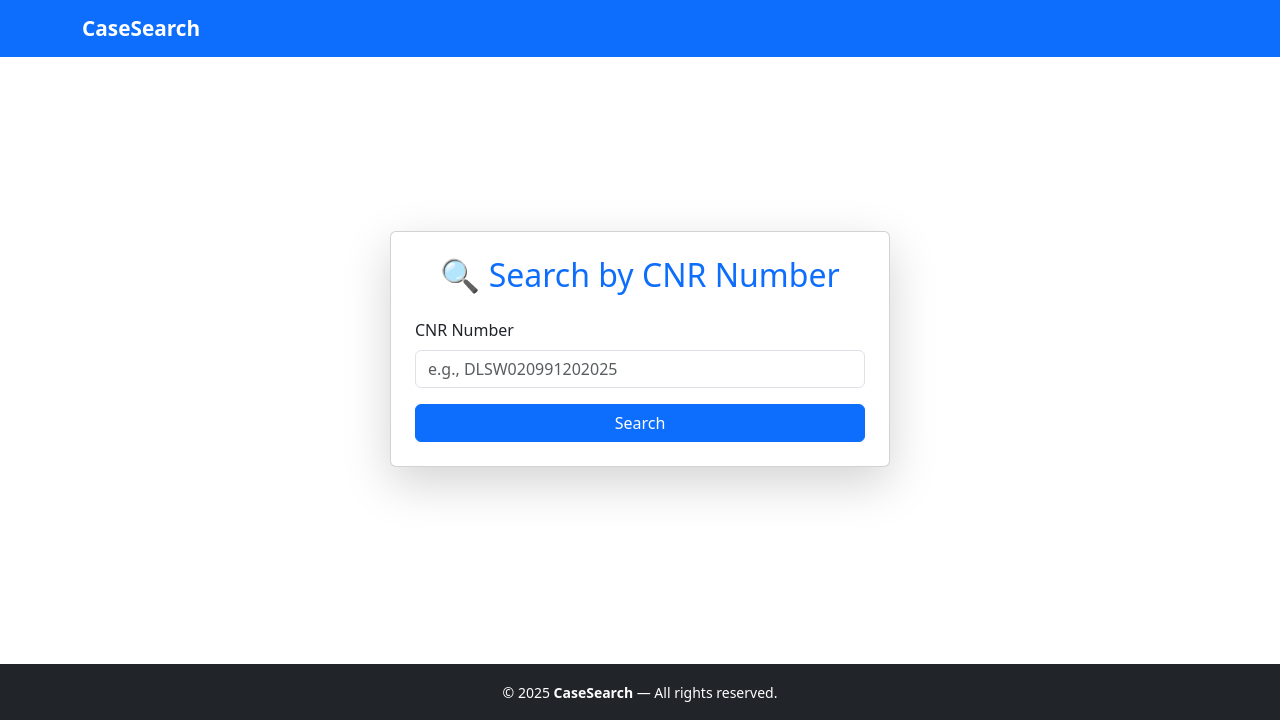
Repository: moatazbenma/Internship_task
Page: http://localhost/
An editor plug-in stored every save of this project. The page is shown before and after the next save, followed by the edit.
The browser window is 1280 px wide. The pictures show the whole page.
The page is served by the project's application, run on Django 5.2 (court_project/manage.py).

Above is the page before, as saved 2025-08-04 03:49:54.

After the next save:
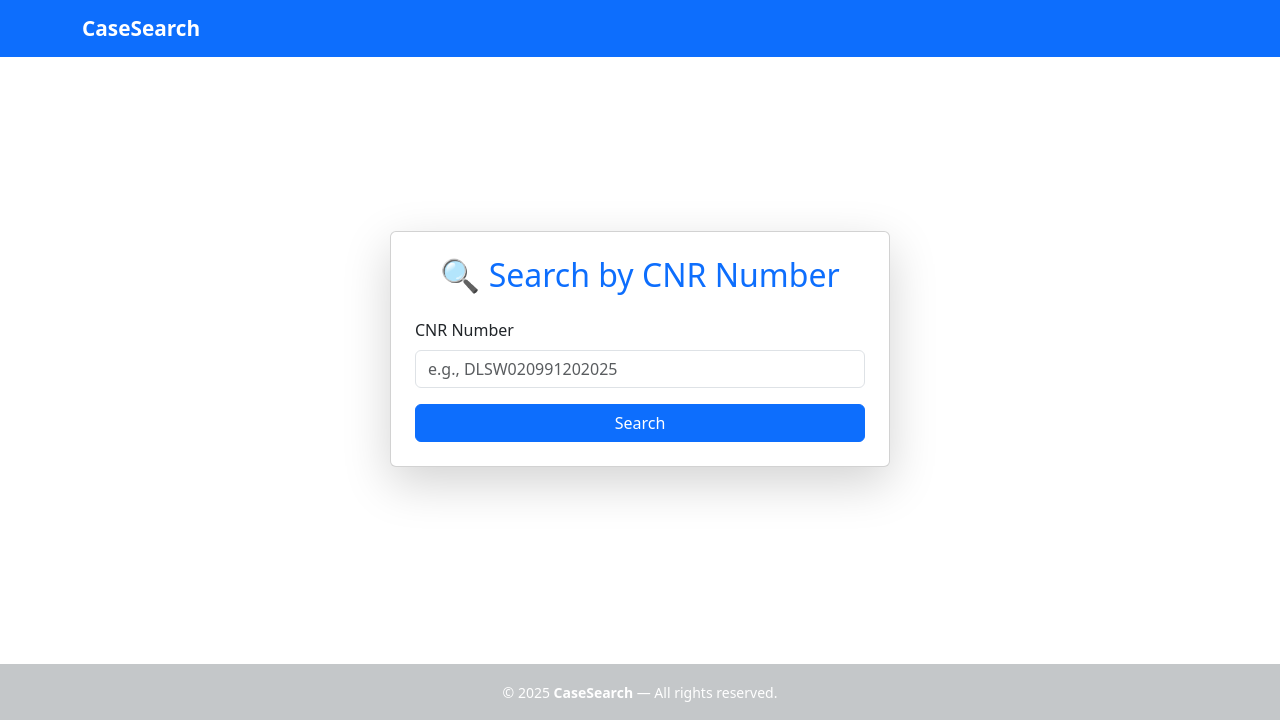
Saved 7 s later.
--- a/court_projects/court_project/case_search/templates/case_search/base.html
+++ b/court_projects/court_project/case_search/templates/case_search/base.html
@@ -20,7 +20,7 @@
             flex: 1;
         }
         footer {
-            background-color: #212529;
+            background-color: #c4c7c9ff;
         }
         .navbar-brand {
             font-weight: bold;
